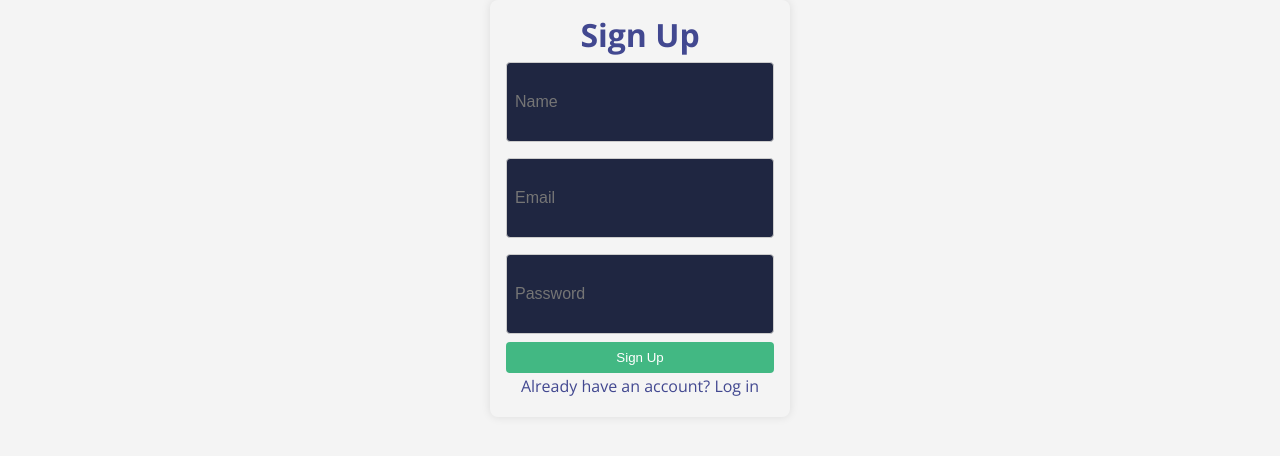
Repository: XiuwenZ/finder
Page: /signup (app in frontend/)
The author's editor kept a copy of each file at every save. The page is drawn from the files as they stood at one save, then again after the next save.
The browser window is 1280 px wide. The pictures show the whole page.
The project was rebuilt for these pictures with package versions that can differ from the ones it lists, and the page was loaded fresh each time. Also part of the build but not shown: frontend/vite.config.js, frontend/src/components/Navbar.jsx, frontend/src/components/Header.jsx, frontend/src/components/RegisteredEvent.jsx, frontend/src/components/EventFilter.jsx, frontend/src/components/MoreEvents.jsx, frontend/src/components/Footer.css, frontend/src/components/ContactForm.jsx and 5 more.

Above is the page before, as saved 2024-02-03 22:10:33.

### frontend/src/main.jsx
import React from 'react';
import ReactDOM from 'react-dom/client';
import App from './App.jsx';
import './index.css';
import { createBrowserRouter, RouterProvider } from 'react-router-dom';
import Login from './components/Login.jsx'; // Adjust the import path as necessary
import Signup from './components/Signup.jsx'; // Adjust the import path as necessary
import Mainpage from './components/MainPage.jsx'; // Adjust the import path as necessary

const router = createBrowserRouter([
  {
    path: '/',
    element: <Mainpage />,
  },
  {
    path: '/login',
    element: <Login />,
  },
  {
    path: '/signup',
    element: <Signup />,
  },
]);

ReactDOM.createRoot(document.getElementById('root')).render(
  <React.StrictMode>
    <RouterProvider router={router} />
  </React.StrictMode>
);

### frontend/src/index.css
* {
  margin: 0;
  padding: 0;
  border: 0;
  outline: 0;
  text-decoration: none;
  list-style: none;
  box-sizing: border-box;
}

:root {
  --color-primary: #6c63ff;
  --color-success: #00bf8e;
  --color-warning: #f7c94b;
  --color-danger: #f75842;
  --color-danger-variant: rgba(247, 88, 66, 0.4);
  --color-white: #fff;
  --color-light: rgba(255, 255, 255, 0.7);
  --color-black: #000;
  --color-bg: #1f2641;
  --color-bg1: #2e3267;
  --color-bg2: #424890;

  --container-width-lg: 80%;
  --container-width-md: 90%;
  --container-width-sm: 94%;

  --transition: all 400ms ease;
}

body {
  font-family: 'Montserrat', sans-serif;
  line-height: 1.7;
  color: var(--color-bg2);
  background: var(--color-white);
}

.container {
  width: var(--container-width-lg);
  margin: 0 auto;
}

section {
  padding: 6rem 0;
}

section h2 {
  text-align: center;
  margin-bottom: 4rem;
}

h1,
h2,
h3,
h4,
h5 {
  line-height: 1.2;
}

h1 {
  font-size: 2.4rem;
}

h2 {
  font-size: 2rem;
}

h3 {
  font-size: 1.6rem;
}

h4 {
  font-size: 1.3rem;
}

/* navbar color */
a {
  color: var(--color-bg2);
}

img {
  width: 100%;
  display: block;
  object-fit: cover;
}

.btn {
  display: inline-block;
  background: var(--color-white);
  color: var(--color-black);
  padding: 1rem 2rem;
  border: 1px solid transparent;
  font-weight: 500;
  transition: var(--transition);
}

.btn:hover {
  background: transparent;
  color: var(--color-white);
  border-color: var(--color-white);
}

.btn-primary {
  background: var(--color-danger);
  color: var(--color-white);
}

/* =================== NAVBAR ===================== */
nav {
  background-color: #b4b9ee;
  width: 100vw;
  height: 5rem;
  position: fixed;
  top: 0;
  z-index: 11;
}

/* change navbar styles on scroll using javascript */
.window-scroll {
  background: var(--color-primary);
  box-shadow: 0 1rem 2rem rgba(0, 0, 0, 0.2);
}

.nav__container {
  height: 100%;
  display: flex;
  justify-content: space-between;
  align-items: center;
}

nav button {
  display: none;
}

.nav__menu {
  display: flex;
  align-items: center;
  gap: 4rem;
}

.nav__menu a {
  font-size: 1.3rem;
  transition: var(--transition);
}

.nav__menu a:hover {
  color: var(--color-success);
}

/* =================== HEADER ===================== */
header {
  position: relative;
  top: 5rem;
  overflow: hidden;
  height: 70vh;
  margin-bottom: 5rem;
}

.header__container {
  display: grid;
  grid-template-columns: 1fr 1fr;
  align-items: center;
  gap: 5rem;
  height: 100%;
}

.header__left p {
  font-size: 1.3rem;
  margin: 1rem 0 2.4rem;
}

/* =================== Events ===================== */

.courses {
  margin-top: 10rem;
}

.courses__container {
  display: grid;
  grid-template-columns: repeat(3, 1fr);
  gap: 2rem;
}

.course {
  background: var(--color-white);
  text-align: left;
  border: 1px solid transparent;
  transition: var(--transition);
  border-color: #6c63ff;
  border-radius: 1rem;
}

.course:hover {
  background: transparent;
  border-color: var(--color-white);
}

.course__info {
  padding: 2rem;
  display: flex;
}

.course__info p {
  margin: 1.2rem 0 2rem;
  font-size: 1rem;
}

.left {
  margin-top: -1rem;
}

.right {
  margin-left: 2rem;
}

/* =================== Filters ===================== */

.filter {
  margin: 1rem auto 3rem;
  padding: 0;
  /* align-items: center; */
  display: flex;
  flex-direction: row;
  justify-content: center;
  background-color: #424890;
  color: var(--color-white);
  border-radius: 1rem;
  width: 70rem;
  height: 8rem;
}

.input {
  display: flex;
  flex-direction: column;
  margin-top: 1.5rem;
  margin-right: 5rem;
}

.filter_button {
  height: 3rem;
  width: 7rem;
  background-color: #f75842;
  color: white;
  font-size: rem;
  margin-top: 1.1rem;
  margin-left: 2rem;
  border-radius: 0.2rem;
}

.categories {
  height: 3rem;
  width: 7rem;
  font-size: 0.8rem;
}

.category_box {
  display: flex;
  flex-direction: column;
  /* margin-top: 1.5rem;
  margin-right: 5rem; */
}

/* =================== FORM ================ */
.contact__form {
  padding-top: 1rem;
  display: flex;
  flex-direction: row;
  gap: 1.2rem;
  margin-right: 4rem;
}

.form__name {
  display: flex;
  gap: 1.2rem;
}

.contact__form input[type='text'] {
  width: 50%;
}

input {
  width: 100%;
  padding: 1rem;
  font-size: 1rem;
  height: 5rem;
  background: var(--color-bg);
  color: var(--color-white);
  border-radius: 0.5rem;
}

.contact__form .btn {
  margin-top: 1rem;
  width: max-content;
  height: 3rem;
  cursor: pointer;
  border-radius: 0.5rem;
}

/* =================== FOOTER ===================== */
footer {
  background: var(--color-bg1);
  padding-top: 5rem;
  font-size: 0.9rem;
  color: var(--color-white);
}

.footer__container {
  display: grid;
  grid-template-columns: repeat(4, 1fr);
  gap: 5rem;
}

/* .footer__1 .footer__2 .footer__3 {
  color: var(--color-white);
} */

.footer__container > div h4 {
  margin-bottom: 1.2rem;
}

.footer__1 p {
  margin: 0 0 2rem;
}

footer ul li {
  margin-bottom: 0.7rem;
}

footer ul li a:hover {
  text-decoration: underline;
}

.footer__socials {
  display: flex;
  gap: 1rem;
  font-size: 1.2rem;
  margin-top: 2rem;
}

.footer__copyright {
  text-align: center;
  margin-top: 4rem;
  padding: 1.2rem 0;
  border-top: 1px solid var(--color-bg2);
}

/* =================== event details ===================== */

.event-card {
  margin: 10rem;
  border-radius: 10px;
  padding: 20px;
  box-shadow: 0 4px 8px rgba(0, 0, 0, 0.1);
}

.event-header {
  display: flex;
  justify-content: space-between;
  align-items: center;
  margin-bottom: 20px;
}

.event-title {
  font-size: 24px;
  color: #333;
  margin: 0;
}
.event-date {
  font-size: 1.2rem;
  color: #333;
  background-color: #e4e6eb;
  border-radius: 8px;
  padding: 8px 16px;
}
.event-info {
  color: #65676b;
  margin-bottom: 20px;
}
.event-info span {
  font-weight: bold;
}

.event-schedule {
  margin-bottom: 2rem;
}

.event-description {
  font-size: 1.2rem;
  color: #65676b;
  margin-top: 2rem;
}
.event-map {
  width: 100%;
  height: 150px;
  background-image: url('https://placehold.co/600x150?text=Map+Placeholder');
  background-size: cover;
  background-position: center;
  border-radius: 10px;
}

### frontend/src/components/Signup.jsx
import React, { useState } from 'react';
import { Link } from 'react-router-dom'; // Assuming you're using react-router for navigation
import './Signup.css'

const Signup = () => {
  const [name, setName] = useState('');
  const [email, setEmail] = useState('');
  const [password, setPassword] = useState('');

  const handleSignup = (event) => {
    event.preventDefault();
    // Handle signup logic here
    console.log("Signup with:", name, email, password);
  };

  return (
    <div className="auth-container">
      <h2>Sign Up</h2>
      <form onSubmit={handleSignup}>
        <input
          type="text"
          value={name}
          onChange={e => setName(e.target.value)}
          placeholder="Name"
          required
        />
        <input
          type="email"
          value={email}
          onChange={e => setEmail(e.target.value)}
          placeholder="Email"
          required
        />
        <input
          type="password"
          value={password}
          onChange={e => setPassword(e.target.value)}
          placeholder="Password"
          required
        />
        <button type="submit">Sign Up</button>
      </form>
      <Link to="/login">Already have an account? Log in</Link>
    </div>
  );
};

export default Signup;

### frontend/src/components/Login.css
.wrap-container {
  display: flex;
  align-items: center;
  justify-content: center;
  height: 100vh;
  margin: 0;
}

.auth-container {
  max-width: 300px;
  margin-top: 30rem;
  padding: 1rem;
  box-shadow: 0 0 10px #6c63ff;
  border-radius: 8px;
  text-align: center;
}

input {
  width: 100%;
  padding: 0.5rem;
  margin: 0.5rem 0;
  border: 1px solid #ccc;
  border-radius: 4px;
}

button {
  width: 100%;
  padding: 0.5rem;
  border: none;
  background-color: #42b883;
  color: white;
  border-radius: 4px;
  cursor: pointer;
}

button:hover {
  background-color: #347474;
}

router-link {
  display: block;
  margin-top: 1rem;
  color: #42b883;
  text-decoration: none;
}

router-link:hover {
  text-decoration: underline;
}

### frontend/src/components/Signup.css
.auth-container {
    max-width: 300px;
    margin: auto;
    padding: 1rem;
    box-shadow: 0 0 10px rgba(0, 0, 0, 0.1);
    border-radius: 8px;
    text-align: center;
  }

  input {
    width: 100%;
    padding: 0.5rem;
    margin: 0.5rem 0;
    border: 1px solid #ccc;
    border-radius: 4px;
  }

  button {
    width: 100%;
    padding: 0.5rem;
    border: none;
    background-color: #42b883;
    color: white;
    border-radius: 4px;
    cursor: pointer;
  }

  button:hover {
    background-color: #347474;
  }

  router-link {
    display: block;
    margin-top: 1rem;
    color: #42b883;
    text-decoration: none;
  }

  router-link:hover {
    text-decoration: underline;
  }

### frontend/src/components/MainPage.css
@import url('https://fonts.googleapis.com/css2?family=Open+Sans:wght@400;600;700&display=swap');

/* Apply the font to the entire body for consistency */
body {
  font-family: 'Open Sans', sans-serif;
  margin: 0;
  padding: 0;
  background-color: #f4f4f4; /* A light grey background for contrast */
}
.main-container {
  display: flex;
  justify-content: center;
  align-items: center;
  min-height: 80vh;

  /* Adjust as needed */
  padding: 50px;
  background-color: #6c63ff; /* A shade of purple */
}

.text-content {
  flex: 1;
  padding-right: 20px; /* Adjust spacing as needed */
}

.text-content h1 {
  color: #ffffff; /* White color text */
  font-family: 'Helvetica', sans-serif; /* Example font */
  font-size: 3em; /* Adjust the size as needed */
}

.text-content p {
  color: #ffffff; /* White color text */
  font-family: 'Helvetica', sans-serif; /* Example font */
  font-size: 1.3em;
  line-height: 1.2; /* Adjust the size as needed */
}

.image-content {
  flex: 1;
  display: flex;
  justify-content: center;
  align-items: center;
}

.image-content img {
  max-width: 100%;
  height: auto;
  display: block; /* removes bottom space under the image */
}

.btn-login,
.btn-signup {
  display: inline-block;
  margin: 10px 5px; /* Space between buttons */
  padding: 10px 20px; /* Button padding */
  font-size: 16px; /* Adjust as needed */
  cursor: pointer;
  border: none; /* Removes the border */
  color: #ffffff; /* Text color */
}

.btn-login {
  background-color: #f75842; /* Login button color */
}

.btn-signup {
  background-color: #f75842; /* Signup button color */
}

.navbar {
  background-color: #2e3267; /* A darker shade of purple for contrast */
  padding: 10px 0px;
  position: sticky;
  top: 0;
  z-index: 1000;
  width: 100%; /* Ensures the navbar spans the full width */
  display: flex;
  justify-content: flex-end; /* Aligns nav items to the right */
}

.nav-links {
  list-style: none;
  display: flex;
  justify-content: flex-start;
  align-items: center;
  margin: 0;
  padding: 0;
}

.nav-links .nav-item {
  color: white;
  text-decoration: none;
  padding: 10px 15px;
  transition: background-color 0.3s;
}

.nav-links .nav-item:hover {
  background-color: #7b2cbf;
}

/* ... other styles ... */

/* Style for the About Us section placeholder */
.about-container {
  height: 500px; /* Temporary height */
  background-color: #f3f3f3; /* A light background color */
  /* Add more styles as needed */
}

html {
  scroll-behavior: smooth;
}

.about-section {
  background-color: #ffffff; /* Or any color you prefer */
  padding: 50px 20px;
  text-align: center; /* Center the heading and description */
  display: flex;
  flex-direction: column;
  align-items: center; /* Centers the content horizontally */
}

.about-section h2 {
  font-size: 4rem; /* Increased font size for the heading */
  margin-bottom: 0.6rem;
  color: #000000;
}

.about-section p {
  font-size: 1rem; /* Slightly larger font size for the description */
  color: #555; /* Soft black for the description text */
  max-width: 1000px; /* Max width for optimal reading length */
  margin-bottom: 1.3rem; /* Auto margins for horizontal centering and space below */
}

.feature-cards-container {
  display: flex;
  justify-content: center;
  gap: 2rem; /* space between the cards */
  flex-wrap: wrap; /* enables responsive wrapping of cards */
}

.feature-card {
  width: calc(
    33.333% - 40px
  ); /* Adjust width for three cards in a row with margin */
  margin: 0 20px; /* Uniform margin for symmetry */
  padding: 2rem; /* More padding for a spacious card */
  background: #f75842; /* Off-white background for cards */
  border-radius: 10px; /* Rounded corners for a modern look */
  box-shadow: 0 4px 8px rgba(0, 0, 0, 0.1); /* Box-shadow for depth */
  transition: transform 0.3s ease-in-out; /* Smooth transition for hover effect */
}
.feature-card:hover {
  transform: translateY(-5px); /* Slight lift effect on hover */
}
.feature-card h3 {
  font-size: 2rem;
  color: #fffcfc; /* dark grey for the title */
  margin-bottom: 0.5rem;
}

.feature-card p {
  font-size: 1.1rem;
  color: #ede6e6;
}
/* Responsive adjustments */
@media (max-width: 768px) {
  .feature-card {
    width: 100%;
    margin: 10pc; /* Full width on smaller screens */
  }
}
.about-section .about-description,
.feature-card {
  padding: 1rem; /* Less padding on smaller screens */
}

.footer {
  background-color: #2e3267; /* Dark background for the footer */
  color: #fff; /* White text color */
  text-align: center; /* Center the text */
  padding: 1rem 0; /* Padding on top and bottom */
  margin-top: 2rem; /* Space above the footer */
}

.footer p {
  margin: 0.5rem 0; /* Spacing between paragraphs */
  font-size: 1rem;
}

Loaded but not shown: frontend/index.html (common file); frontend/src/App.css (no stored copy; drawn as an empty file)

After the next save:
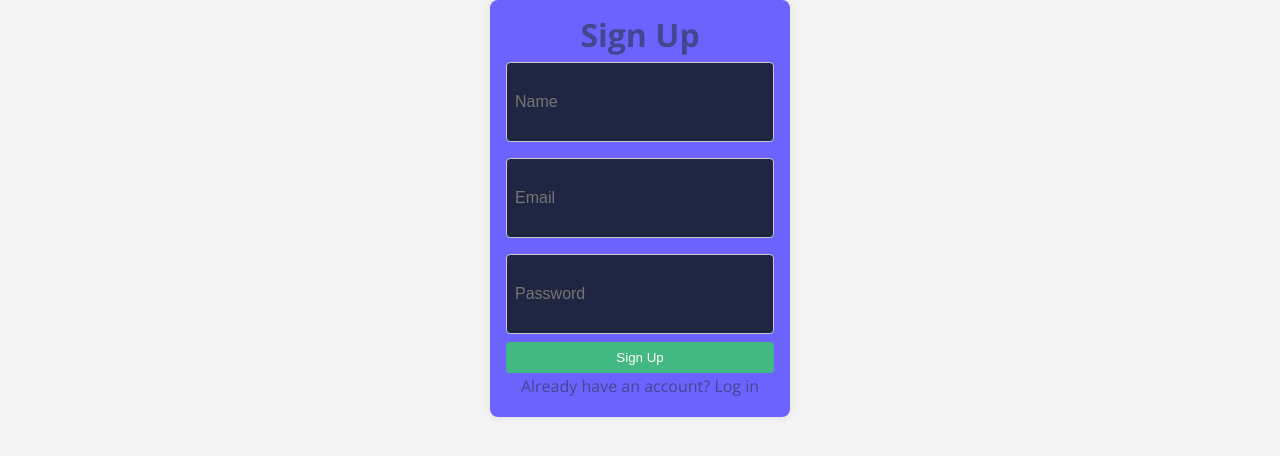
Saved 77 s later.
--- a/frontend/src/components/Login.css
+++ b/frontend/src/components/Login.css
@@ -7,10 +7,11 @@
 }
 
 .auth-container {
+  background-color: #6c63ff;
   max-width: 300px;
   margin-top: 30rem;
   padding: 1rem;
-  box-shadow: 0 0 10px #6c63ff;
+  box-shadow: 0 0 10px rgba(0, 0, 0, 0.1);
   border-radius: 8px;
   text-align: center;
 }

After the save that followed:
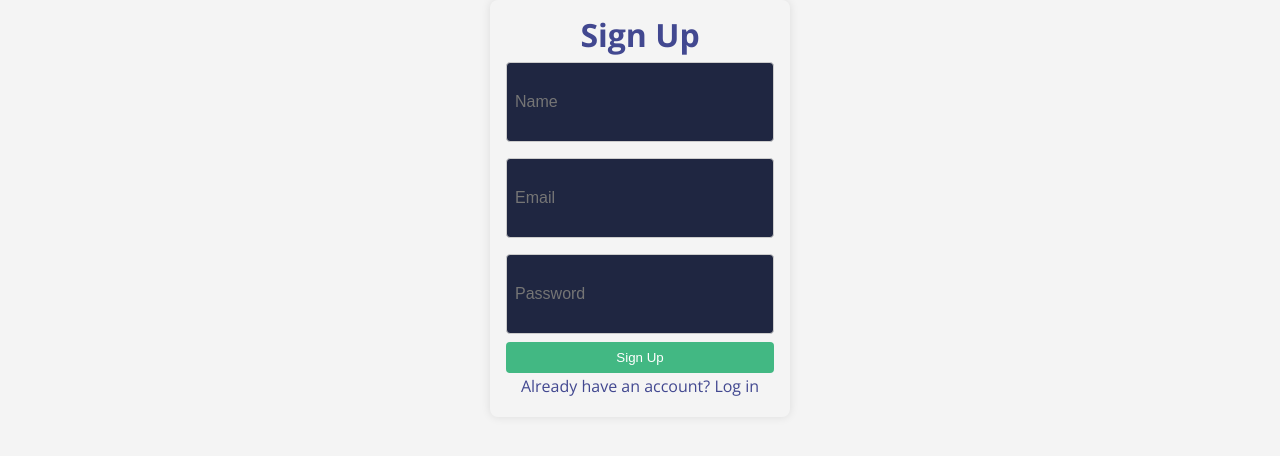
Saved 9 s later.
--- a/frontend/src/components/Login.css
+++ b/frontend/src/components/Login.css
@@ -7,7 +7,6 @@
 }
 
 .auth-container {
-  background-color: #6c63ff;
   max-width: 300px;
   margin-top: 30rem;
   padding: 1rem;
